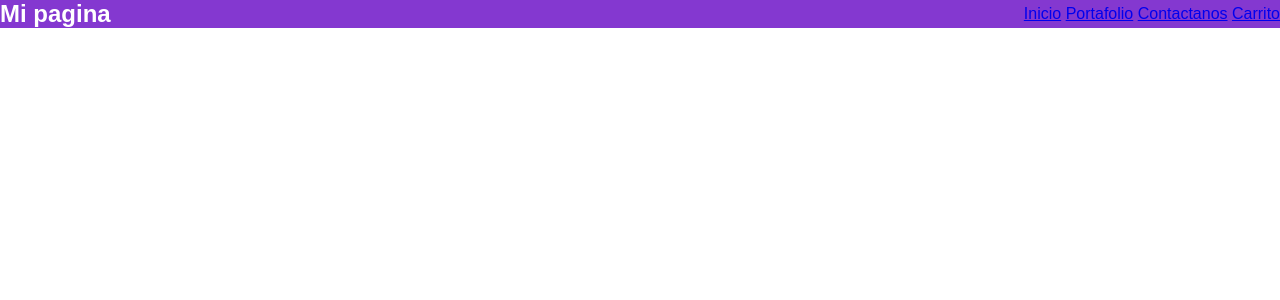
Repository: TzStrikerYT/Dise-o-web-NA00
Page: Proyecto-01/index.html
These files come from the project's save history. The page is drawn as it stood at one moment and after the next save; the edit follows.
The browser window is 1280 px wide. The pictures show the whole page.

Above is the page before, as saved 2024-08-21 21:14:47.

### Proyecto-01/index.html
<!DOCTYPE html>
<html lang="en">
  <head>
    <meta charset="UTF-8" />
    <meta http-equiv="X-UA-Compatible" content="IE=edge" />
    <meta name="viewport" content="width=device-width, initial-scale=1.0" />
    <title>Document</title>
    <link rel="stylesheet" href="style.css" />
  </head>
  <body>

    <!-- barra de navegación -->
    <nav class="navbar">
        <div class="logo">
            <h2>Mi pagina</h2>
        </div>

        <div class="nav-options">
            <a href="#">Inicio</a>
            <a href="#">Portafolio</a>
            <a href="#">Contactanos</a>
            <a href="#">Carrito</a>
        </div>
    </nav>

    <section>
        <div></div>
        <div></div>
    </section>

    <section>
        <div></div>
        <div></div>
        <div></div>
    </section>



  </body>
</html>

### Proyecto-01/style.css
* {
  margin: 0;
  padding: 0;
  font-family: Arial, Helvetica, sans-serif;
  scroll-behavior: smooth;
}

.navbar {
    display: flex;
    justify-content: space-between;
    align-items: center;
    background: #8438d0;
    color: #fff;
}

After the next save:
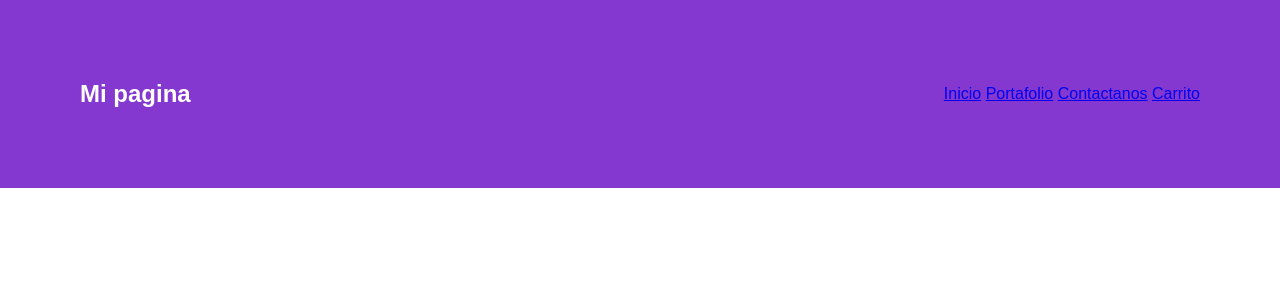
Saved 16 s later.
--- a/Proyecto-01/style.css
+++ b/Proyecto-01/style.css
@@ -11,4 +11,5 @@
     align-items: center;
     background: #8438d0;
     color: #fff;
+    padding: 5rem;
 }
